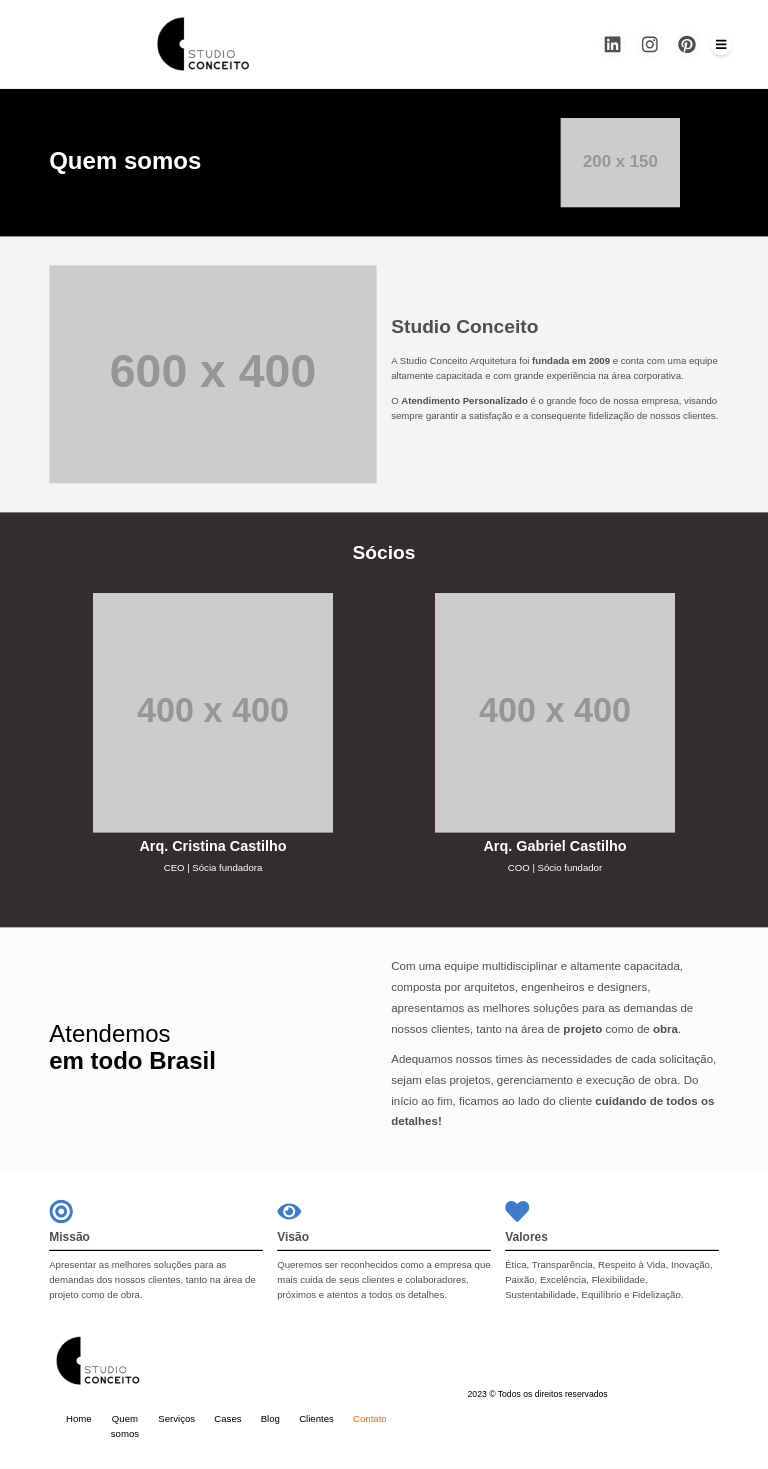
Repository: Upstairs-Agencia/studio-conceito-react
Page: /quem-somos
These files come from the project's save history. The page is drawn as it stood at one moment and after the next save; the edit follows.
The browser window is 1280 px wide. The pictures show the whole page, at 60% of full size.
The project was rebuilt for these pictures with package versions that can differ from the ones it lists, and the page was loaded fresh each time. Also part of the build but not shown: src/pages/Home.js, src/pages/Servicos.js, src/styles/cases.css, src/pages/Cases.js, src/pages/Blog.js, src/pages/Clientes.js, src/pages/Contato.js.

Above is the page before, as saved 2024-12-29 12:04:29.

### public/index.html
<!DOCTYPE html>
<html lang="en">
  <head>
    <meta charset="utf-8" />
    <link rel="icon" href="%PUBLIC_URL%/favicon.ico" />
    <meta name="viewport" content="width=device-width, initial-scale=1" />
    <meta name="theme-color" content="#000000" />
    <meta
      name="description"
      content="Web site created using create-react-app"
    />
    <link rel="apple-touch-icon" href="%PUBLIC_URL%/logo192.png" />
    <!--
      manifest.json provides metadata used when your web app is installed on a
      user's mobile device or desktop. See https://developers.google.com/web/fundamentals/web-app-manifest/
    -->
    <link rel="manifest" href="%PUBLIC_URL%/manifest.json" />
    <!--
      Notice the use of %PUBLIC_URL% in the tags above.
      It will be replaced with the URL of the `public` folder during the build.
      Only files inside the `public` folder can be referenced from the HTML.

      Unlike "/favicon.ico" or "favicon.ico", "%PUBLIC_URL%/favicon.ico" will
      work correctly both with client-side routing and a non-root public URL.
      Learn how to configure a non-root public URL by running `npm run build`.
    -->
    <title>Studio Conceito</title>
  </head>
  <body>
    <noscript>You need to enable JavaScript to run this app.</noscript>
    <div id="root"></div>
    <!--
      This HTML file is a template.
      If you open it directly in the browser, you will see an empty page.

      You can add webfonts, meta tags, or analytics to this file.
      The build step will place the bundled scripts into the <body> tag.

      To begin the development, run `npm start` or `yarn start`.
      To create a production bundle, use `npm run build` or `yarn build`.
    -->
  </body>
</html>

### src/index.js

import React from 'react';
import ReactDOM from 'react-dom';
import App from './App';
import 'mdb-react-ui-kit/dist/css/mdb.min.css'; // MDB styles
import './index.css'; // Global styles

ReactDOM.render(
  <React.StrictMode>
    <App />
  </React.StrictMode>,
  document.getElementById('root')
);

### src/App.js

import React from 'react';
import { BrowserRouter as Router, Routes, Route } from 'react-router-dom';
import Home from './pages/Home';
import QuemSomos from './pages/QuemSomos';
import Servicos from './pages/Servicos';
import Cases from './pages/Cases';
import Blog from './pages/Blog';
import Clientes from './pages/Clientes';
import Contato from './pages/Contato';

function App() {
  return (
    <Router>
      <Routes>
        <Route path="/" element={<Home />} />
        <Route path="/quem-somos" element={<QuemSomos />} />
        <Route path="/servicos" element={<Servicos />} />
        <Route path="/cases" element={<Cases />} />
        <Route path="/blog" element={<Blog />} />
        <Route path="/clientes" element={<Clientes />} />
        <Route path="/contato" element={<Contato />} />
      </Routes>
    </Router>
  );
}

export default App;

### src/index.css

body {
  margin: 0;
  font-family: Arial, sans-serif;
  background-color: #f4f4f4;
}

### src/pages/QuemSomos.js
import React from "react";
import Navbar from "../components/navbar"; // Importando o componente Navbar
import { MDBContainer, MDBRow, MDBCol } from "mdb-react-ui-kit";
import { FaBullseye, FaEye, FaHeart } from "react-icons/fa";

import Footer from "../components/footer";
import "../styles/quemsomos.css";

export default function QuemSomos() {
  return (
    <>
      {/* Navbar */}
      <Navbar />

      {/* Seção de cabeçalho do quem somos */}
      <section className="bg-black text-white py-5">
        <MDBContainer>
          <MDBRow className="align-items-center">
            <MDBCol md="6">
              <h1 className="fw-bold">Quem somos</h1>
            </MDBCol>
            <MDBCol md="6" className="text-end">
              <img
                src="https://placehold.co/200x150" // Imagem maior para seguir o padrão original
                alt="Padrão gráfico"
                style={{ maxWidth: "200px", marginRight: "4rem" }}
              />
            </MDBCol>
          </MDBRow>
        </MDBContainer>
      </section>

      {/* Quem Somos Section */}
      <section className="py-5">
        <MDBContainer>
          <MDBRow className="align-items-center">
            <MDBCol md="6">
              <img
                src="https://via.placeholder.com/600x400"
                alt="Studio Conceito"
                className="img-fluid"
              />
            </MDBCol>
            <MDBCol md="6">
              <h2 className="fw-bold mb-4">Studio Conceito</h2>
              <p>
                A Studio Conceito Arquitetura foi{" "}
                <strong>fundada em 2009</strong> e conta com uma equipe
                altamente capacitada e com grande experiência na área
                corporativa.
              </p>
              <p>
                O <strong>Atendimento Personalizado</strong> é o grande foco de
                nossa empresa, visando sempre garantir a satisfação e a
                consequente fidelização de nossos clientes.
              </p>
            </MDBCol>
          </MDBRow>
        </MDBContainer>
      </section>

      {/* Sócios Section */}
      <section className="py-5 bg-dark text-white">
        <MDBContainer>
          <h2 className="text-center fw-bold mb-5">Sócios</h2>
          <MDBRow className="text-center">
            <MDBCol md="6" className="mb-4">
              <div className="team-member">
                <img
                  src="https://via.placeholder.com/400x400"
                  alt="Arq. Cristina Castilho"
                  className="img-fluid mb-2"
                />
                <h4 className="fw-bold">Arq. Cristina Castilho</h4>
                <p>CEO | Sócia fundadora</p>
              </div>
            </MDBCol>
            <MDBCol md="6" className="mb-4">
              <div className="team-member">
                <img
                  src="https://via.placeholder.com/400x400"
                  alt="Arq. Gabriel Castilho"
                  className="img-fluid mb-2"
                />
                <h4 className="fw-bold">Arq. Gabriel Castilho</h4>
                <p>COO | Sócio fundador</p>
              </div>
            </MDBCol>
          </MDBRow>
        </MDBContainer>
      </section>

      {/* Atendemos em todo Brasil Section */}
      <section className="py-5 bg-light">
        <MDBContainer>
          <MDBRow className="align-items-center">
            <MDBCol md="6" className="title-container">
              <h1 className="atendemos-title">Atendemos</h1>
              <h1 className="brasil-title">em todo Brasil</h1>
            </MDBCol>
            <MDBCol md="6">
              <p className="text-large">
                Com uma equipe multidisciplinar e altamente capacitada, composta
                por arquitetos, engenheiros e designers, apresentamos as
                melhores soluções para as demandas de nossos clientes, tanto na
                área de <span className="fw-bold">projeto</span> como de{" "}
                <span className="fw-bold">obra</span>.
              </p>
              <p className="text-large">
                Adequamos nossos times às necessidades de cada solicitação,
                sejam elas projetos, gerenciamento e execução de obra. Do início
                ao fim, ficamos ao lado do cliente{" "}
                <span className="fw-bold">cuidando de todos os detalhes!</span>
              </p>
            </MDBCol>
          </MDBRow>
        </MDBContainer>
      </section>

      {/* Missão, Visão e Valores Section */}
      <section className="py-5 bg-white">
        <MDBContainer>
          <MDBRow className="text-center mission-row">
            <MDBCol md="4" className="mission-col">
              <div className="icon-container">
                <FaBullseye size={40} color="#3d7cc9" />
              </div>
              <h5 className="fw-bold">Missão</h5>
              <div className="divider"></div>
              <p>
                Apresentar as melhores soluções para as demandas dos nossos
                clientes, tanto na área de projeto como de obra.
              </p>
            </MDBCol>
            <MDBCol md="4" className="mission-col">
              <div className="icon-container">
                <FaEye size={40} color="#3d7cc9" />
              </div>
              <h5 className="fw-bold">Visão</h5>
              <div className="divider"></div>
              <p>
                Queremos ser reconhecidos como a empresa que mais cuida de seus
                clientes e colaboradores, próximos e atentos a todos os
                detalhes.
              </p>
            </MDBCol>
            <MDBCol md="4" className="mission-col">
              <div className="icon-container">
                <FaHeart size={40} color="#3d7cc9" />
              </div>
              <h5 className="fw-bold">Valores</h5>
              <div className="divider"></div>
              <p>
                Ética, Transparência, Respeito à Vida, Inovação, Paixão,
                Excelência, Flexibilidade, Sustentabilidade, Equilíbrio e
                Fidelização.
              </p>
            </MDBCol>
          </MDBRow>
        </MDBContainer>

        <Footer />
      </section>
    </>
  );
}

### src/components/navbar.js
import React, { useState } from "react";

import Logo from "../images/logoBlack.png";

import {
  MDBNavbar,
  MDBNavbarBrand,
  MDBContainer,
} from "mdb-react-ui-kit";
import { FaLinkedin, FaInstagram, FaPinterest, FaBars } from "react-icons/fa";
import { IoIosClose } from "react-icons/io";
import { Link } from "react-router-dom";

import SeloGptw from "../images/selo-gptw.png";

const Navbar = () => {
  const [showMenu, setShowMenu] = useState(false);

  return (
    <>
      {/* Navbar */}
      <MDBNavbar dark bgColor="white" className="py-4 px-5">
        <MDBContainer fluid className="d-flex justify-content-between align-items-center">
          {/* Logo */}
          <MDBNavbarBrand href="#" className="ms-5">
            <img
              src={Logo}
              alt="Logo"
              style={{ maxHeight: "90px", marginLeft: "12vw"}}
            />
          </MDBNavbarBrand>

          {/* Social Icons and Menu Toggle */}
          <div className="d-flex align-items-center">
            {/* Social Icons */}
            <div className="d-flex gap-3 me-3">
              <button className="btn btn-light rounded-circle p-2">
                <FaLinkedin size={30} />
              </button>
              <button className="btn btn-light rounded-circle p-2">
                <FaInstagram size={30} />
              </button>
              <button className="btn btn-light rounded-circle p-2">
                <FaPinterest size={30} />
              </button>
            </div>

            {/* FaBars Icon for Sidebar */}
            <button
              className="btn rounded-circle p-2"
              style={{
                background: "none",
                border: "none",
                cursor: "pointer",
              }}
              onClick={() => setShowMenu(!showMenu)}
            >
              <FaBars size={20} color="black" />
            </button>
          </div>
        </MDBContainer>
      </MDBNavbar>

      {/* Sidebar Menu */}
      {showMenu && (
        <div
          className="position-fixed top-0 end-0 bg-white vh-100 vw-350 shadow-lg d-flex flex-column"
          style={{ zIndex: 1050, width: "500px" }}
        >
          <div className="d-flex justify-content-end p-3">
            {/* Close Button */}
            <button
              className="p-0"
              style={{
                background: "none",
                border: "none",
                cursor: "pointer",
              }}
              onClick={() => setShowMenu(false)}
            >
              <IoIosClose size={40} />
            </button>
          </div>





          <div className="p-4 flex-grow-1">
            {/* Menu Items */}
            <ul className="list-unstyled">
              {[
                { label: "Home", link: "/" },
                { label: "Quem somos", link: "/quem-somos" },
                { label: "Serviços", link: "/servicos" },
                { label: "Cases", link: "/cases" },
                { label: "Blog", link: "/blog" },
                { label: "Clientes", link: "/clientes" },
                { label: "Contato", link: "/contato" },
              ].map((item, index) => (
                <li key={index} className="py-2">
                  <Link
                    to={item.link}
                    className="text-decoration-none fs-6"
                    style={{
                      transition: "all 0.3s ease-in-out", // Transição suave
                      color:"black"
                    }}
                    onMouseOver={(e) => {
                      e.currentTarget.style.color = "#FF7F30"; // Altera a cor
                      e.currentTarget.style.fontWeight = "bold"; // Negrito
                    }}
                    onMouseOut={(e) => {
                      e.currentTarget.style.color = "black"; // Retorna à cor original
                      e.currentTarget.style.fontWeight = "normal"; // Retira o negrito
                    }}
                  >
                    {item.label}
                  </Link>
                </li>
              ))}
            </ul>
          </div>



          {/* Footer Section */}
          <div className="d-flex justify-content-between align-items-center px-4 pb-4">
            {/* Social Icons */}
            <div className="d-flex gap-3">
              <button className="btn btn-dark rounded-circle p-2">
                <FaLinkedin size={20} color="white" />
              </button>
              <button className="btn btn-dark rounded-circle p-2">
                <FaInstagram size={20} color="white" />
              </button>
              <button className="btn btn-dark rounded-circle p-2">
                <FaPinterest size={20} color="white" />
              </button>
            </div>

            {/* Placeholder Image */}
            <img
              src={SeloGptw}
              alt="Great Place to Work"
              style={{ maxHeight: "200px", marginBottom: "4rem" }}
            />
          </div>
        </div>
      )}
    </>
  );
};

export default Navbar;

### src/components/footer.js
import React from "react";
import { MDBFooter, MDBContainer, MDBRow, MDBCol } from "mdb-react-ui-kit";
import Logo from "../images/logoBlack.png";
import "../styles/footer.css";

const Footer = () => {
  return (
    <MDBFooter className="footer-container text-center text-white">
      <MDBContainer className="p-4 footer-content">

        <MDBRow className="content-signature">
            {/* Logo e Nome */}
            <MDBCol md="4" className="mb-4 footer-left">
                <img
                    src={Logo}
                    alt="Studio Conceito Logo"
                    className="footer-logo"
                />

                {/* Navegação */}
                <MDBCol md="4" className="mb-3 footer-center">
                    <nav className="footer-nav">
                        <a href="/">Home</a>
                        <a href="/quem-somos"> Quem somos </a>
                        <a href="/servicos">Serviços</a>
                        <a href="/cases">Cases</a>
                        <a href="/blog">Blog</a>
                        <a href="/clientes">Clientes</a>
                        <a href="/contato" className="footerHighlight">
                            Contato
                        </a>
                    </nav>
                </MDBCol>

            </MDBCol>

            {/* Direitos Reservados */}
            <MDBCol md="4" className="mb-4 footer-right">
                <p className="mb-0">2023 &copy; Todos os direitos reservados</p>
            </MDBCol>

        </MDBRow>



      </MDBContainer>
    </MDBFooter>
  );
};

export default Footer;

### src/styles/quemsomos.css
/* Título: Atendemos em todo Brasil */
.title-container {
    text-align: left;
  }

  .atendemos-title {
    font-size: 2.5rem;
    font-weight: normal;
    color: #000;
  }

  .brasil-title {
    font-size: 2.5rem;
    font-weight: bold;
    color: #000;
    margin-top: -10px; /* Para aproximar os textos */
  }

  /* Texto em letras maiores */
  .text-large {
    font-size: 1.2rem;
    line-height: 1.8;
    text-align: left;
  }

  /* Missão, Visão e Valores */
  .mission-row {
    justify-content: space-between;
  }

  .mission-col {
    text-align: left;
    max-width: 400px;
  }

  .icon-container {
    margin-bottom: 10px;
  }

  .divider {
    width: 100%;
    height: 2px;
    background-color: #000;
    margin: 10px auto;
  }

  /* Responsividade */
  @media (max-width: 768px) {
    .atendemos-title,
    .brasil-title {
      font-size: 2rem;
    }

    .text-large {
      font-size: 1rem;
    }

    .mission-col {
      max-width: 100%;
    }
  }

### src/styles/footer.css
.footer-container {
    background-color: white;
    height: 25vh !important; /* Ocupa 30% da altura da tela */
    display: flex;
    justify-content: center;
    align-items: center;
    color: black;
    font-family: Arial, sans-serif;
    margin: 1rem 0;
  }

  .footer-content {
    height: 100%; /* Garante que o conteúdo ocupe toda a altura do footer */
  }

  .content-signature{
    display: flex;
    flex-direction: row;
  }

  .footer-left {
    display: flex;
    flex-direction: column;
  }

  .footer-logo {
    max-width: 40%; /* Aumenta a imagem para 40% de seu tamanho */
    margin-bottom: 10px;
  }


  .footer-center {
    text-align: center;
    margin: 2rem 0;
  }

  .footer-nav{
    display: flex;
    flex-direction: row;
    justify-content: space-around;
    width:35vw;

  }

  .footerHighlight {
    color: #ff6600 !important;
  }

  .footer-nav a {
    margin: 1px 1rem;
    text-decoration: none;
    color: #000;
    font-size: 1rem;
    transition: color 0.3s ease;
  }

  .footer-nav a:hover {
    color: #ff6600;
  }



  .footer-right {
    text-align: center;
    display: flex;
    justify-content: center;
    align-items: center;
    margin-left: 20vw;
    font-size: 0.9rem;
    color: #000;
  }

After the next save:
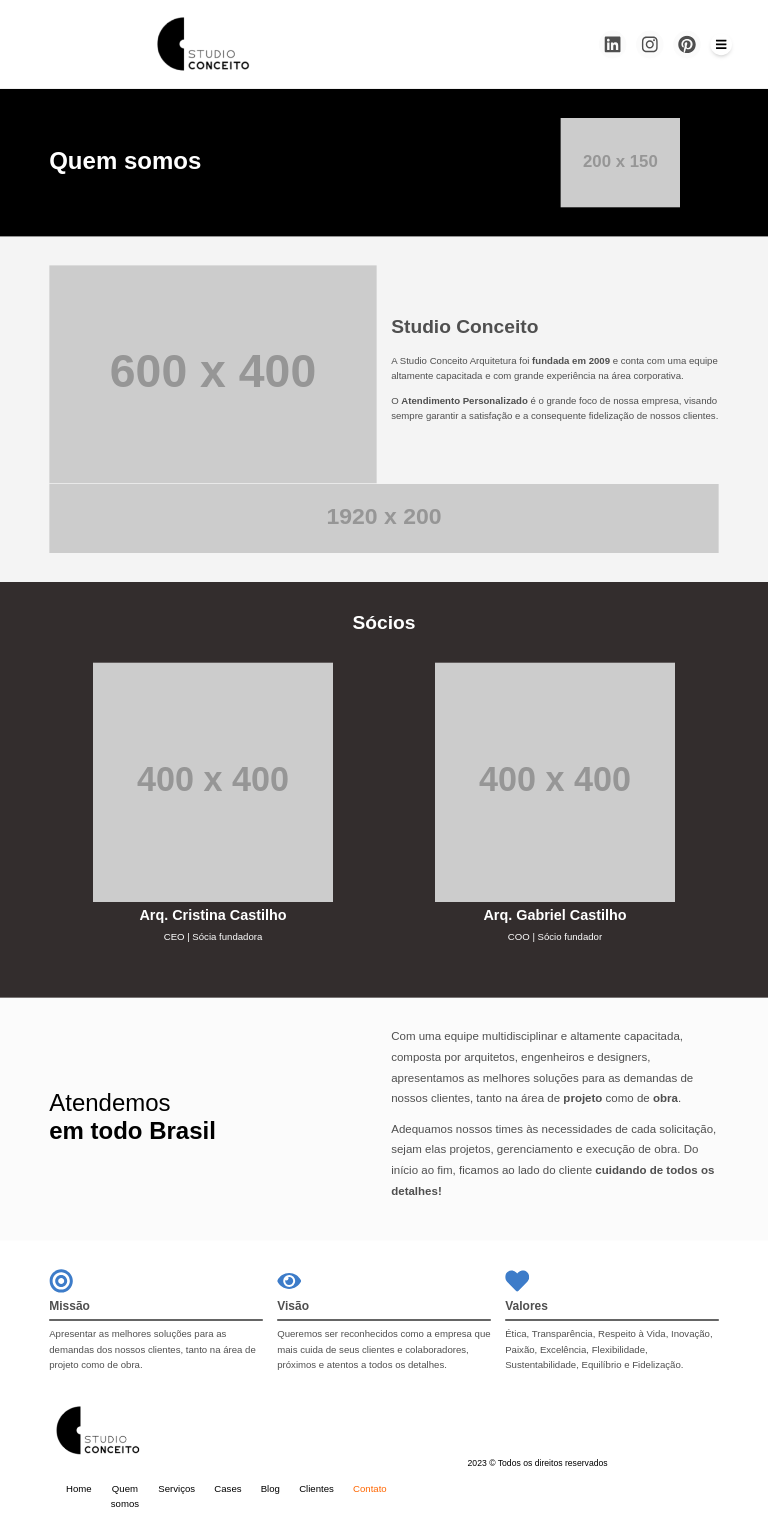
Saved 2 min 8 s later.
--- a/src/pages/QuemSomos.js
+++ b/src/pages/QuemSomos.js
@@ -55,6 +55,12 @@ export default function QuemSomos() {
                 consequente fidelização de nossos clientes.
               </p>
             </MDBCol>
+
+            <img
+                src="https://via.placeholder.com/1920x200"
+                alt="Studio Conceito"
+                className="img-fluid"
+            />
           </MDBRow>
         </MDBContainer>
       </section>
